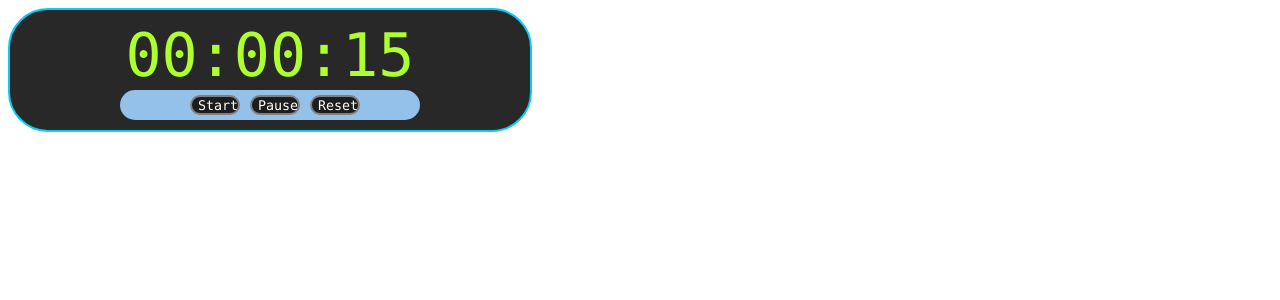
Repository: albinsabu2023/Stopwatch-program
Page: index.html
The author's editor kept a copy of each file at every save. The page is drawn from the files as they stood at one save, then again after the next save.
The browser window is 1280 px wide. The pictures show the whole page.
After loading, the first visible `#start` was clicked once.

Above is the page before, as saved 2023-03-04 00:12:05.

After the next save:
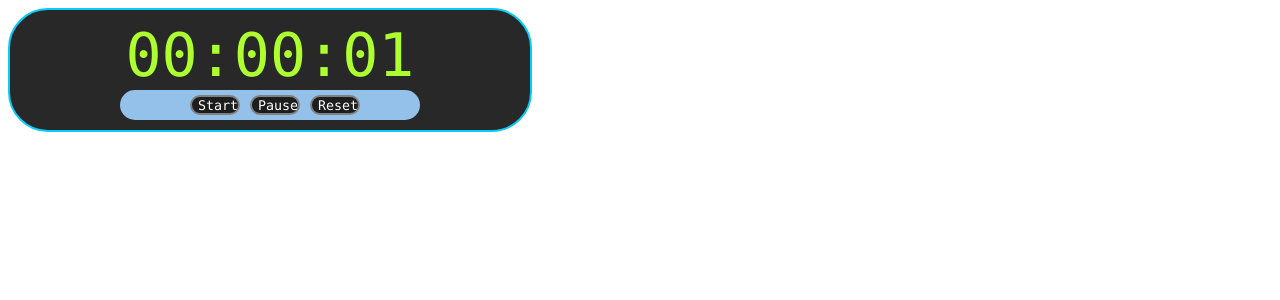
Saved 76 s later.
--- a/index.js
+++ b/index.js
@@ -41,9 +41,9 @@ reset.addEventListener("click", () => {
 
 function updateTime() {
   eTime = Date.now() - sTime;
-  secs = Math.floor((eTime / 100) % 60);
-  mins = Math.floor((eTime / (100 * 60)) % 60);
-  hrs = Math.floor((eTime / (100 * 60 * 60)) % 60);
+  secs = Math.floor((eTime / 1000) % 60);
+  mins = Math.floor((eTime / (1000 * 60)) % 60);
+  hrs = Math.floor((eTime / (1000 * 60 * 60)) % 60);
 
   secs = zerAdd(secs);
   mins = zerAdd(mins);
